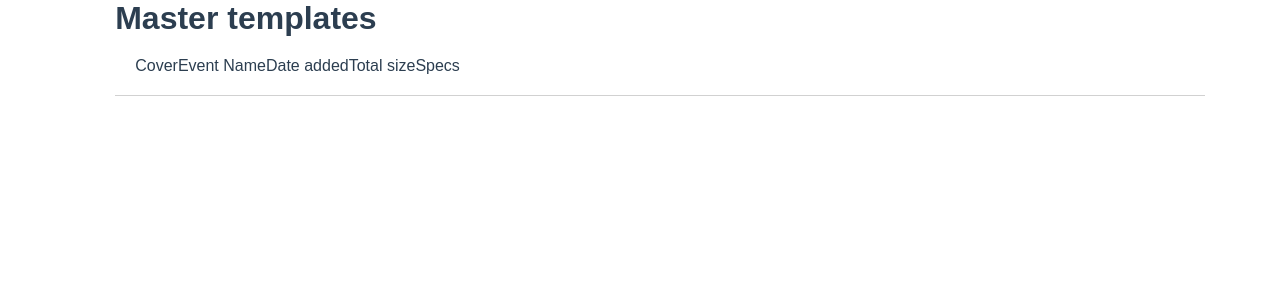
Repository: SyneosAndreia/Allergan_AFA84245_Website
Page: /
The author's editor kept a copy of each file at every save. The page is drawn from the files as they stood at one save, then again after a run of saves.
The browser window is 1280 px wide. The pictures show the whole page.
The project was rebuilt for these pictures with package versions that can differ from the ones it lists, and the page was loaded fresh each time. Also part of the build but not shown: vue.config.js.

Above is the page before, as saved 2020-03-11 17:46:15.

### src/main.js
import Vue from 'vue'
import App from './App.vue'
import router from './router'
import store from './store'
import '@/css/global.css'

Vue.config.productionTip = false

new Vue({
  router,
  store,
  render: h => h(App)
}).$mount('#app')

### src/App.vue
<template>
  <div id="app">
    <header>
      <!-- <router-link to="/">Home</router-link> -->
    </header>
    <router-view/>
  </div>
</template>

<style>
#app {
  font-family: Avenir, Helvetica, Arial, sans-serif;
  -webkit-font-smoothing: antialiased;
  -moz-osx-font-smoothing: grayscale;
  text-align: center;
  color: #2c3e50;
}

#nav {
  padding: 30px;
}

#nav a {
  font-weight: bold;
  color: #2c3e50;
}

#nav a.router-link-exact-active {
  color: #42b983;
}
</style>

### src/css/global.css
/* =======
[ RESET ]
========= */
* {
    margin: 0;
    padding: 0;
    font-family: Arial, Helvetica, sans-serif;
}

button {
    padding: 0;
    border: none;
    background: none;
}

h1 {
    font-size: 36;
    text-align: left;
}

.btn-modal {
    background-image: url("../assets/img/info.png");
    width: 74px;
    height: 24px;
    cursor: pointer;
}

/* =======
[ TABLE ]
========= */

.title-wrap,
.presentation-wrap {
    padding: 20px;
}

.element-wrap {
    width: 300px;
    text-align: left
}

### src/views/Home.vue
<template>
  <div>
    <MainPage/>
  </div>
</template>

<script>
// @ is an alias to /src
import MainPage from '@/components/Home.vue'

export default {
  name: 'Home',
  components: {
    MainPage
  }
}
</script>

### src/components/Home.vue
<template>
    <div class="presentation-wrapp">
        <h1 class="bold-text presenttion-header">Master templates</h1>
        <div class="title-wrap">
            <div class="tittle-width">Cover</div>
            <div class="tittle-width">Event Name</div>
            <div class="tittle-width">Date added</div>
            <div class="tittle-width">Total size</div>
            <div class="tittle-width">Specs</div>
        </div>
    </div>
</template>


<script>
export default {
    name:'MainPage',
}
</script>

<!-- Add "scoped" attribute to limit CSS to this component only -->
<style scoped>
    h1 {
        font-size: 36;
        text-align: left;

    }
    .bold-text {
        font-weight: bold;
    }

    .presentation-wrapp {
        width: 82%;
        margin: auto;
    }

    .title-wrap {
        width: 100%;
        display: flex;
        justify-content: flex-start;
        border-bottom: 1px solid #D1D1D1;
    }
</style>

Loaded but not shown: public/index.html (common file); src/router/index.js (common file); src/store/index.js (common file)

After the next 2 saves:
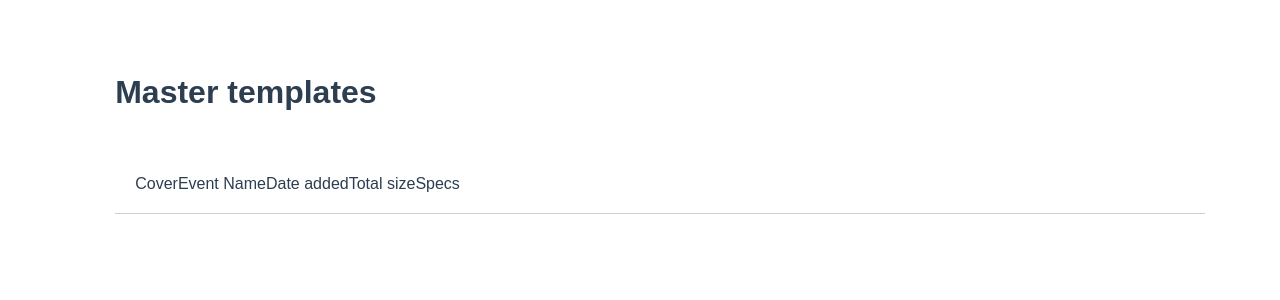
The 2 saves are shown as one change because they came seconds apart.
The last was saved 98 s later.
--- a/src/components/Home.vue
+++ b/src/components/Home.vue
@@ -1,6 +1,6 @@
 <template>
     <div class="presentation-wrapp">
-        <h1 class="bold-text presenttion-header">Master templates</h1>
+        <h1 class="bold-text presentation-header">Master templates</h1>
         <div class="title-wrap">
             <div class="tittle-width">Cover</div>
             <div class="tittle-width">Event Name</div>
@@ -34,6 +34,10 @@ export default {
         margin: auto;
     }
 
+    .presentation-header {
+        margin: 74px 0px 44px;
+    }
+
     .title-wrap {
         width: 100%;
         display: flex;
